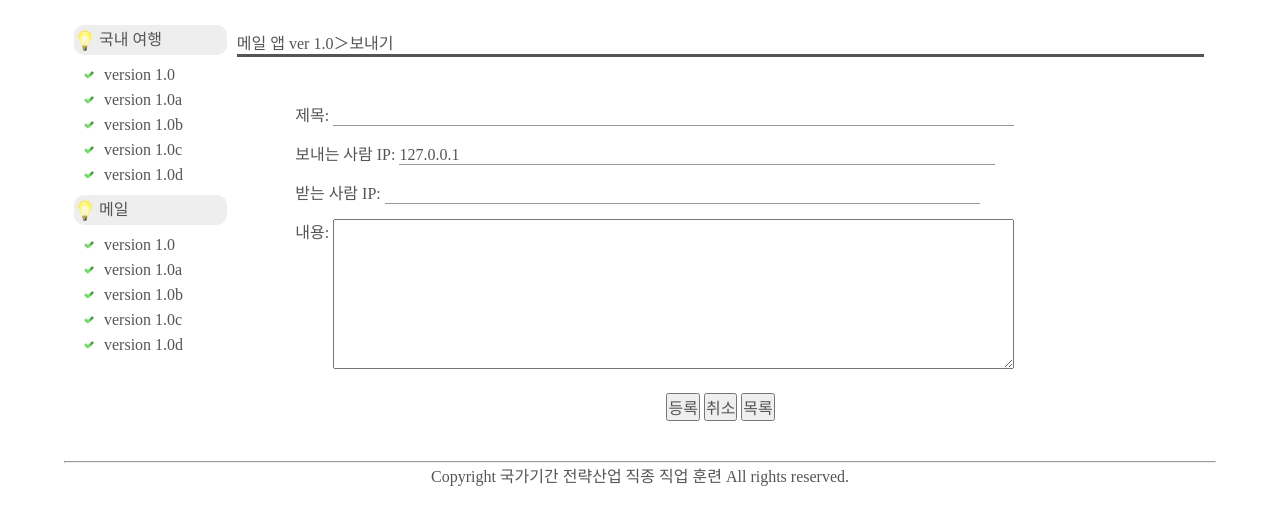
Repository: jangky000/ai_web
Page: http://localhost/blog_v2jc/mail_app/create_form.jsp
These files come from the project's save history. The page is drawn as it stood at one moment and after the next save; the edit follows.
The browser window is 1280 px wide. The pictures show the part of the page from y = 234 to 741 px (the page is 741 px tall).
The page is served by Tomcat 9.

Above is the page before, as saved 2020-03-27 07:12:52.

After the next save:
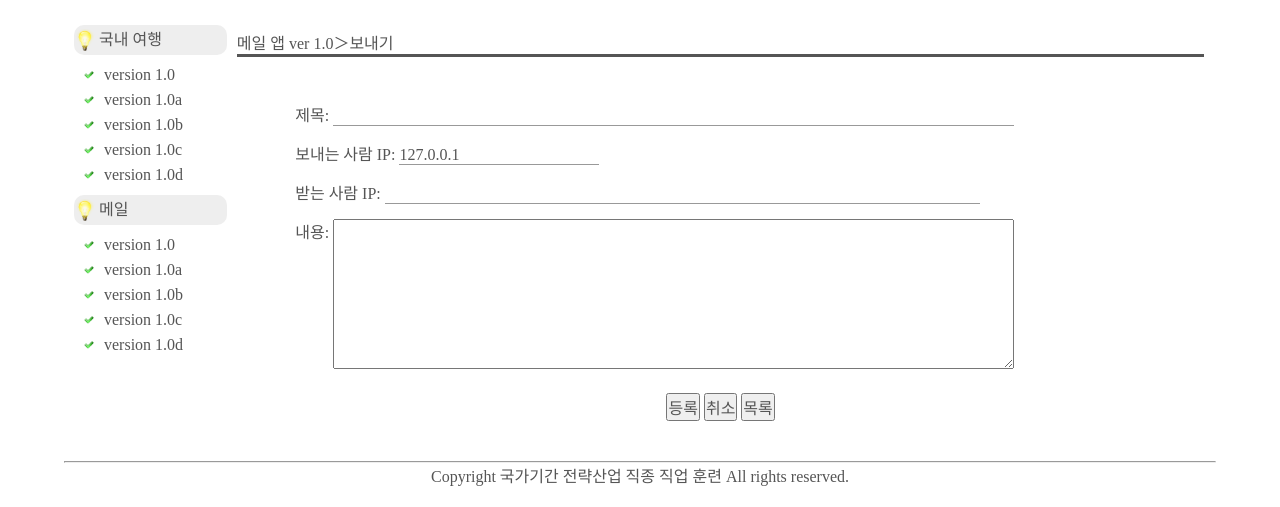
Saved 20 s later.
--- a/ws__frame/blog_v2jc/WebContent/mail_app/create_form.jsp
+++ b/ws__frame/blog_v2jc/WebContent/mail_app/create_form.jsp
@@ -32,7 +32,7 @@ String my_ip = request.getRemoteAddr();
         </li>
         <li class="li_none">
           <label>보내는 사람 IP: </label>
-          <input class="input_basic" type="text" name="mail_from"  value="<%= my_ip %>" style="width: 70%;">
+          <input class="input_basic" type="text" name="mail_from"  value="<%= my_ip %>" style="width: 200px;">
         </li>
         <li class="li_none">
           <label>받는 사람 IP: </label>
